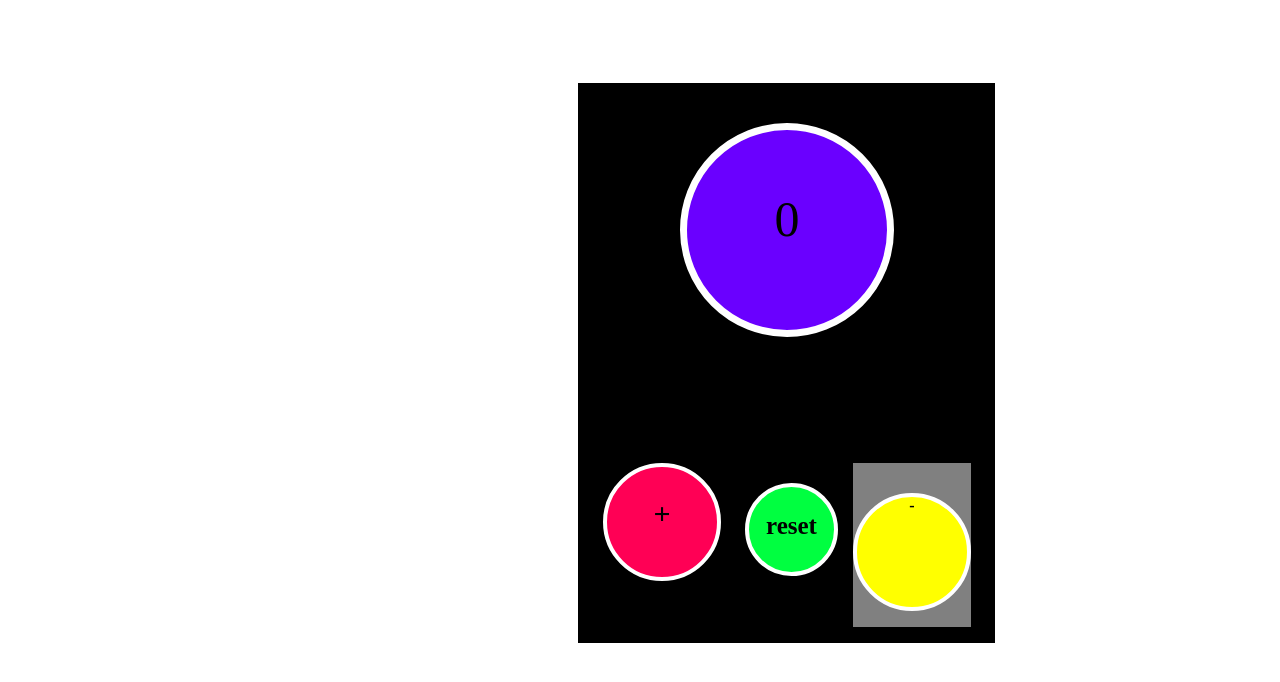
Repository: sara55m/Counter_App
Page: index.html
These files come from the project's save history. The page is drawn as it stood at one moment and after the next save; the edit follows.
The browser window is 1280 px wide. The pictures show the whole page.

Above is the page before, as saved 2024-07-31 18:08:30.

After the next save:
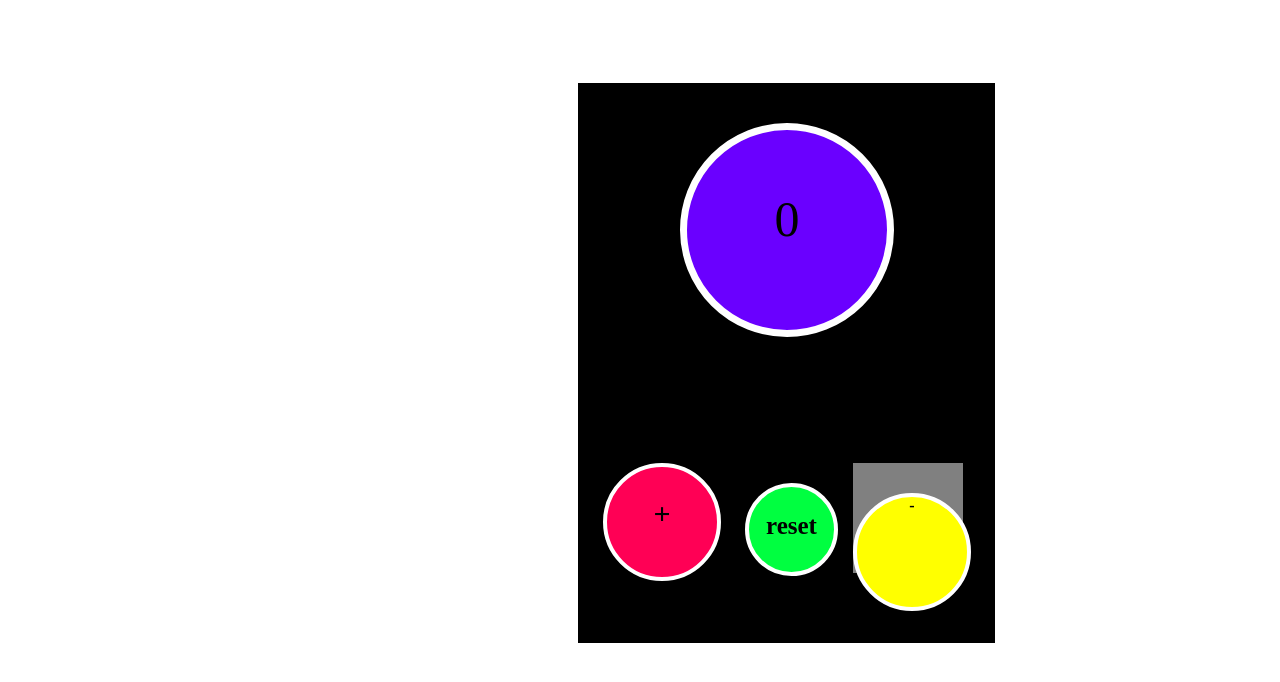
Saved 13 s later.
--- a/css/style.css
+++ b/css/style.css
@@ -47,6 +47,8 @@ p.first,p.second{
     top:380px;
     left:275px;
     background-color:gray;
+    height:110px;
+    width:110px;
 
 }
 .decrease2{
